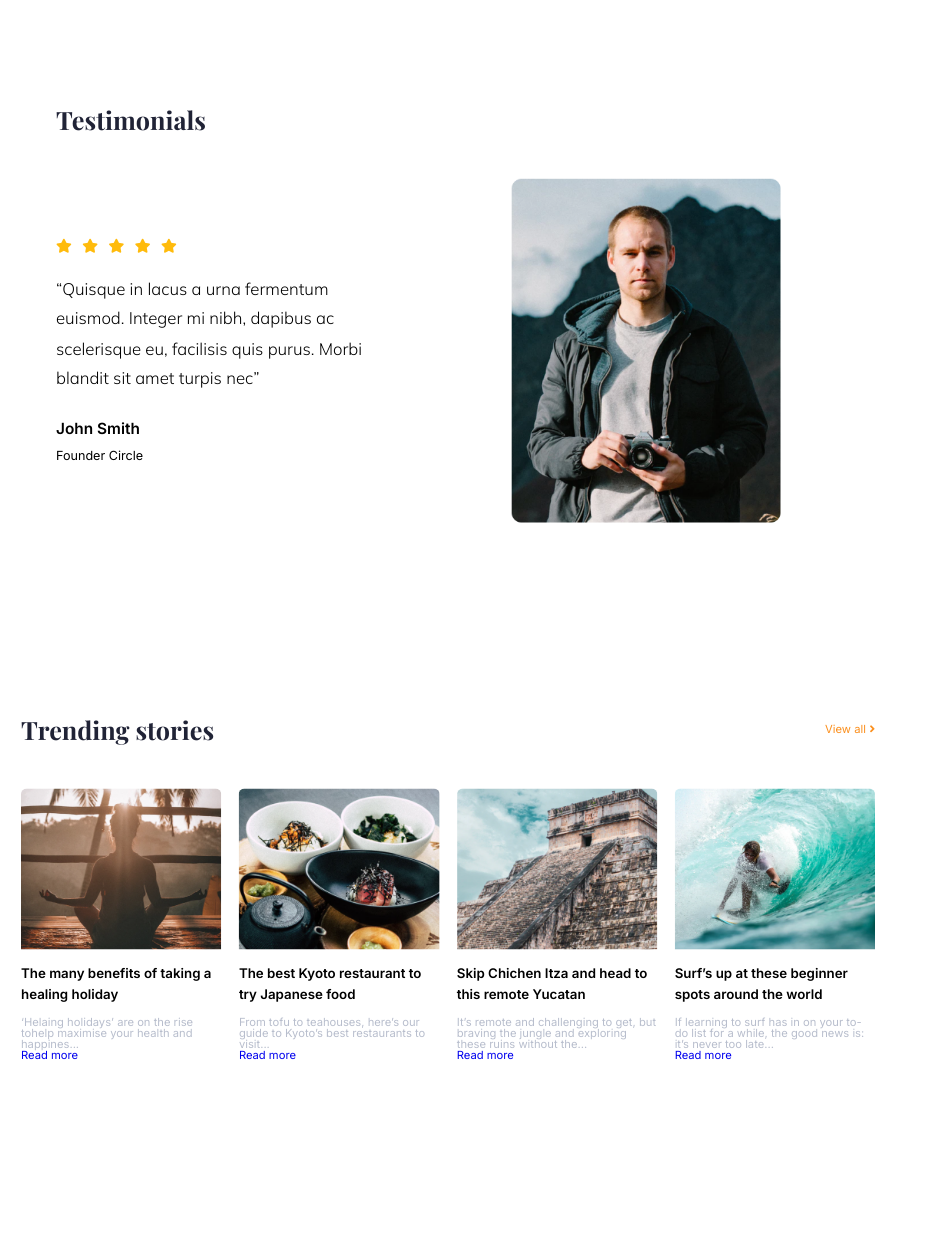
Repository: long5122000/sunny
Page: index.html
These files come from the project's save history. The page is drawn as it stood at one moment and after the next save; the edit follows.
The browser window is 1280 px wide. The page is 1335 px wide, so the pictures cover 1335 px, including what lies to the right of the window. The pictures show the part of the page from y = 3238 to 5078 px (the page is 5024 px tall before and 5078 px after), at 70% of full size.
The style sheet was rebuilt from its Sass, Less or Tailwind sources for each picture, by a compiler version that may differ from the author's.

Above is the page before, as saved 2021-11-25 13:58:41.

### index.html
<!DOCTYPE html>
<html lang="en">
  <head>
    <meta charset="UTF-8" />
    <meta http-equiv="X-UA-Compatible" content="IE=edge" />
    <meta name="viewport" content="width=device-width, initial-scale=1.0" />
    <title>Thousand Sunny</title>
    <link rel="preconnect" href="https://fonts.googleapis.com" />
    <link rel="preconnect" href="https://fonts.gstatic.com" crossorigin />
    <link
      href="https://fonts.googleapis.com/css2?family=Inter:wght@400;500;600&family=Mulish:wght@300&family=Playfair+Display:wght@700&display=swap"
      rel="stylesheet"
    />
    <link
      rel="stylesheet"
      href="https://use.fontawesome.com/releases/v5.15.4/css/all.css"
      integrity="sha384-DyZ88mC6Up2uqS4h/KRgHuoeGwBcD4Ng9SiP4dIRy0EXTlnuz47vAwmeGwVChigm"
      crossorigin="anonymous"
    />
    <link rel="stylesheet" href="./css/app.css" />
  </head>
  <body>
    <div class="wrapper">
      <header class="header">
        <div class="container">
          <div class="header-main">
            <img srcset="./images/logo.png 2x" alt="" />
            <ul class="menu">
              <li class="menu-item">
                <a href="#" class="menu-link">Home</a>
              </li>
              <li class="menu-item">
                <a href="#" class="menu-link">Destinations</a>
              </li>
              <li class="menu-item">
                <a href="#" class="menu-link">About</a>
              </li>
              <li class="menu-item">
                <a href="#" class="menu-link">Partner</a>
              </li>
              <li class="menu-item">
                <a href="#" class="btn btn--secondary">Login</a>
              </li>
              <li class="menu-item">
                <a href="#" class="btn btn--primary">Register</a>
              </li>
            </ul>
          </div>
        </div>
      </header>
      <main>
        <section class="hero">
          <div class="container">
            <div class="hero-main">
              <div class="hero-content">
                <h1 class="heading hero-heading">Explore and Travel</h1>
                <div class="hero-caption">Holiday finder</div>
                <div class="hero-form">
                  <div class="dropdown">
                    <div class="dropdown-select">
                      <span class="dropdown-value">Location</span>
                      <i class="fas fa-angle-down"></i>
                    </div>
                    <div class="dropdown-list">
                      <div class="dropdown-item">title</div>
                      <div class="dropdown-item">title</div>
                      <div class="dropdown-item">title</div>
                    </div>
                  </div>
                  <div class="dropdown">
                    <div class="dropdown-select">
                      <span class="dropdown-value">Activity</span>
                      <i class="fas fa-angle-down"></i>
                    </div>
                    <div class="dropdown-list">
                      <div class="dropdown-item">title</div>
                      <div class="dropdown-item">title</div>
                      <div class="dropdown-item">title</div>
                    </div>
                  </div>
                  <div class="dropdown">
                    <div class="dropdown-select">
                      <span class="dropdown-value">Grade</span>
                      <i class="fas fa-angle-down"></i>
                    </div>
                    <div class="dropdown-list">
                      <div class="dropdown-item">title</div>
                      <div class="dropdown-item">title</div>
                      <div class="dropdown-item">title</div>
                    </div>
                  </div>
                  <div class="dropdown">
                    <div class="dropdown-select">
                      <span class="dropdown-value">Date</span>
                      <i class="fas fa-angle-down"></i>
                    </div>
                    <div class="dropdown-list">
                      <div class="dropdown-item">title</div>
                      <div class="dropdown-item">title</div>
                      <div class="dropdown-item">title</div>
                    </div>
                  </div>
                </div>
                <a href="#!" class="btn btn--primary">Explore</a>
              </div>
              <div class="hero-image">
                <img srcset="./images/img1.png 2x" alt="" />
              </div>
            </div>
          </div>
        </section>
        <section class="explore">
          <div class="container">
            <div class="explore-main">
              <div class="explore-image">
                <img srcset="./images/img2.png 2x" alt="" />
              </div>
              <div class="explore-content">
                <h2 class="heading explore-heading heading--small">
                  A new way to explore the world
                </h2>
                <p class="text explore-desc">
                  For decades travellers have reached for Lonely Planet books
                  when looking to plan and execute their perfect trip, but now,
                  they can also let Lonely Planet Experiences lead the way
                </p>
                <div class="btn btn--primary" href="!#">Learn More</div>
              </div>
            </div>
          </div>
        </section>
        <section class="destination">
          <div class="container">
            <div class="destination-header">
              <h2 class="heading heading--small">Featured destinations</h2>
              <a href="#!" class="viewall">
                <span>View all</span>
                <i class="fas fa-angle-right"></i>
              </a>
            </div>
            <div class="destination-list">
              <div class="destination-item">
                <div class="destination-image">
                  <img srcset="./images/destination1.png 2x" alt="" />
                </div>
                <div class="destination-content">
                  <h3 class="destination-name">Raja Ampat</h3>
                  <span class="destination-country">Indonesia</span>
                </div>
              </div>
              <div class="destination-item">
                <div class="destination-image">
                  <img srcset="./images/destination2.png 2x" alt="" />
                </div>
                <div class="destination-content">
                  <h3 class="destination-name">Fanjingshan</h3>
                  <span class="destination-country">China</span>
                </div>
              </div>
              <div class="destination-item">
                <div class="destination-image">
                  <img srcset="./images/destination3.png 2x" alt="" />
                </div>
                <div class="destination-content">
                  <h3 class="destination-name">Vevey</h3>
                  <span class="destination-country">Switzerland</span>
                </div>
              </div>
              <div class="destination-item">
                <div class="destination-image">
                  <img srcset="./images/destination4.png 2x" alt="" />
                </div>
                <div class="destination-content">
                  <h3 class="destination-name">Skadar</h3>
                  <span class="destination-country">Montenegro</span>
                </div>
              </div>
            </div>
          </div>
        </section>
        <section class="guides">
          <div class="container">
            <div class="guides-main">
              <div class="guides-content">
                <h2 class="heading guides-heading heading--small">
                  Guides by Thousand Sunny
                </h2>
                <div class="text guides-desc">
                  Packed with tips and advice from our on-the-ground experts,
                  our city guides app (iOS and Android) is the ultimate resource
                  before and during a trip.
                </div>
                <a href="#!" class="btn btn--primary">Download</a>
              </div>
              <div class="guides-image">
                <img srcset="./images/img3.png 2x" alt="" />
              </div>
            </div>
          </div>
        </section>
        <section class="testimonial">
          <div class="container">
            <div class="testimonial-main">
              <h2 class="heading heading--small testimonial-heading">
                Testimonials
              </h2>
              <div class="testimonial-container">
                <div class="testimonial-content">
                  <div class="testimonial-rating">
                    <i class="fa fa-star"></i>
                    <i class="fa fa-star"></i>
                    <i class="fa fa-star"></i>
                    <i class="fa fa-star"></i>
                    <i class="fa fa-star"></i>
                  </div>
                  <div class="testimonial-desc text">
                    “Quisque in lacus a urna fermentum euismod. Integer mi nibh,
                    dapibus ac scelerisque eu, facilisis quis purus. Morbi
                    blandit sit amet turpis nec”
                  </div>
                  <div class="testimonial-author">
                    <h3 class="testimonial-name">John Smith</h3>
                    <span class="testimonial-job">Founder Circle</span>
                  </div>
                </div>
                <div class="testimonial-image">
                  <img srcset="./images/testimonial.png 2x" alt="" />
                </div>
              </div>
            </div>
          </div>
        </section>
        <section class="story">
          <div class="container">
            <div class="story-header">
              <h2 class="heading heading--small story-heading">
                Trending stories
              </h2>
              <a href="#!" class="viewall">
                <span>View all</span>
                <i class="fas fa-angle-right"></i>
              </a>
            </div>
            <div class="story-list">
              <div class="story-item">
                <div class="story-image">
                  <img srcset="./images/story1.png 2x" alt="" />
                </div>
                <div class="story-content">
                  <h3 class="story-title">
                    The many benefits of taking a healing holiday
                  </h3>
                  <p class="story-desc">
                    ‘Helaing holidays’ are on the rise tohelp maximise your
                    health and happines...
                  </p>
                  <a href="#!" class="story-more">Read more</a>
                </div>
              </div>
              <div class="story-item">
                <div class="story-image">
                  <img srcset="./images/story2.png 2x" alt="" />
                </div>
                <div class="story-content">
                  <h3 class="story-title">
                    The best Kyoto restaurant to try Japanese food
                  </h3>
                  <p class="story-desc">
                    From tofu to teahouses, here’s our guide to Kyoto’s best
                    restaurants to visit...
                  </p>
                  <a href="#!" class="story-more">Read more</a>
                </div>
              </div>
              <div class="story-item">
                <div class="story-image">
                  <img srcset="./images/story3.png 2x" alt="" />
                </div>
                <div class="story-content">
                  <h3 class="story-title">
                    Skip Chichen Itza and head to this remote Yucatan
                  </h3>
                  <p class="story-desc">
                    It’s remote and challenging to get, but braving the jungle
                    and exploring these ruins without the...
                  </p>
                  <a href="#!" class="story-more">Read more</a>
                </div>
              </div>
              <div class="story-item">
                <div class="story-image">
                  <img srcset="./images/story4.png 2x" alt="" />
                </div>
                <div class="story-content">
                  <h3 class="story-title">
                    Surf’s up at these beginner spots around the world
                  </h3>
                  <p class="story-desc">
                    If learning to surf has in on your to- do list for a while,
                    the good news is: it’s never too late...
                  </p>
                  <a href="#!" class="story-more">Read more</a>
                </div>
              </div>
            </div>
          </div>
        </section>
      </main>
    </div>
    <script src="scripts/app.js"></script>
  </body>
</html>

### sass/app.scss
@import "reset";
@import "variables";
@import "global";
@import "typography";
@import "header";
@import "menu";
@import "hero";
@import "explore";
@import "destination";
@import "guides";
@import "testimonial";
@import "story";
@import "footer";

### sass/_variables.scss
$primary-font: "Inter", sans-serif;
$secondary-font: "Playfair Display", serif;
$third-font: "Mulish", sans-serif;
$gray: #b8becd;
$gray-dark: #afb0b9;
$gray-darker: #7d7987;
$gray-darkest: #202336;
$primary-color: #fb8f1d;
$gray-blur: #80918e;

### sass/_global.scss
.wrapper {
  max-width: 1600px;
  margin: 0 auto;
}
.container {
  max-width: 1260px;
  margin: 0 auto;
  padding: 0 20px;
}
ul {
  list-style: none;
}
.btn {
  display: inline-flex;
  justify-content: center;
  align-items: center;
  cursor: pointer;
  font-size: 15px;
  font-weight: 500;
  font-family: $primary-font;
  line-height: 1;
  height: 52px;
  padding: 0 60px;
  border-radius: 8px;
  background-color: transparent;
  border: 0;
  outline: none;
  &--primary {
    color: white;
    background-color: $primary-color;
  }
  &--secondary {
    color: $primary-color;
    border: 1px solid currentColor;
  }
}
.dropdown {
  &-list {
    display: none;
  }
  &-select {
    display: flex;
    justify-content: space-between;
    align-items: center;
    padding: 20px 30px;
    border-radius: 6px;
    border: 1px solid $gray-dark;
    color: $gray-darkest;
    cursor: pointer;
  }
}
.viewall {
  color: $primary-color;
  display: flex;
  align-items: center;
  gap: 0 5px;
}

### sass/_typography.scss
body {
  font-family: $primary-font;
  font-size: 16px;
  line-height: 1;
  color: $gray;
}
.heading {
  font-family: $secondary-font;
  color: $gray-darkest;
  &--small {
    line-height: 139%;
    font-size: 36px;
  }
}
.text {
  font-weight: 300;
  line-height: 176%;
  font-size: 17px;
  color: $gray-darker;
  font-family: $third-font;
}

### sass/_header.scss
.header {
  padding-top: 45px;
  padding-bottom: 70px;
  &-main {
    display: flex;
    justify-content: space-between;
    align-items: center;
  }
}

### sass/_menu.scss
.menu {
  display: flex;
  align-items: center;
  gap: 0 35px;
  &-link {
    color: inherit;
  }
}

### sass/_hero.scss
.hero {
  margin-bottom: 270px;
  &-main {
    display: flex;
    justify-content: space-between;
    align-items: center;
  }
  &-heading {
    font-size: 64px;
    line-height: 125%;
    margin-bottom: 74px;
  }
  &-caption {
    font-size: 22px;
    font-weight: 600;
    margin-bottom: 48px;
    padding-bottom: 20px;
    display: inline-block;
    position: relative;
    color: $gray-darkest;
    &:before {
      content: "";
      position: absolute;
      bottom: 0;
      left: 0;
      width: 32px;
      height: 2px;
      background-color: $gray-darkest;
    }
  }
  &-content {
    width: 100%;
    max-width: 470px;
  }
  &-image {
    transform: translateX(85px);
  }
  &-form {
    margin-bottom: 50px;
    display: grid;
    grid-template-columns: 1fr 1fr;
    grid-gap: 30px;
  }
}

### sass/_explore.scss
.explore {
  margin-bottom: 292px;
  &-main {
    display: flex;
    justify-content: space-between;
    align-items: center;
    gap: 0 50px;
  }
  &-content {
    max-width: 508px;
    padding-right: 58px;
  }
  &-image {
    transform: translateX(-50px);
  }
  &-heading {
    margin-bottom: 20px;
  }
  &-desc {
    margin-bottom: 33px;
  }
}

### sass/_destination.scss
.destination {
  margin-bottom: 232px;

  &-header {
    display: flex;
    justify-content: space-between;
    align-items: center;
    margin-bottom: 56px;
    padding-left: 50px;
    padding-right: 50px;
  }
  &-list {
    padding-left: 50px;
    padding-right: 50px;
    display: grid;
    grid-template-columns: repeat(4, 1fr);
    grid-gap: 25px;
  }

  &-item {
    height: 337px;
    position: relative;
  }
  &-image {
    width: 100%;
    height: 100%;
  }
  &-image img {
    border-radius: 8px;
    height: 100%;
    width: 100%;
    object-fit: cover;
  }
  &-content {
    position: absolute;
    bottom: 0;
    left: 0;
    z-index: 2;
    background: #ffffff;
    border-radius: 0px 6px 0px 0px;
    padding: 11px 32px 11px 0;
  }
  &-name {
    font-size: 17px;
    font-weight: 600;
    color: $gray-darkest;
    margin-bottom: 10px;
  }
  &-country {
    font-weight: 500;
    font-size: 15px;
    color: $gray-blur;
  }
}

### sass/_guides.scss
.guides {
  margin-bottom: 250px;
  &-main {
    display: flex;
    justify-content: space-between;
    align-items: center;
    gap: 0 80px;
  }
  &-content {
    max-width: 450px;
    width: 100%;
    transform: translateX(50px);
  }
  &-image {
    padding-right: 40px;
  }
  &-heading {
    margin-bottom: 20px;
  }
  &-desc {
    margin-bottom: 33px;
  }
}

### sass/_testimonial.scss
.testimonial {
  margin-bottom: 270px;
  &-heading {
    margin-bottom: 60px;
  }
  &-main {
    max-width: 1085px;
    padding-left: 50px;
    position: relative;
  }
  &-container {
    display: flex;
    justify-content: space-between;
    align-items: center;
  }
  &-content {
    max-width: 450px;
  }
  &-rating {
    font-size: 20px;
    display: flex;
    align-items: center;
    gap: 15px;
    margin-bottom: 30px;
    color: #ffbb0c;
  }
  &-desc {
    color: #000;
    margin-bottom: 40px;
    font-size: 24px;
    font-weight: 400;
  }
  &-name {
    font-size: 22px;
    font-weight: bold;
    color: #000;
    margin-bottom: 20px;
  }
  &-job {
    font-size: 18px;
    color: #000;
  }
}

### sass/_story.scss
.story {
  margin-bottom: 270px;
  &-header {
    display: flex;
    justify-content: space-between;
    align-items: center;
    margin-bottom: 60px;
  }
  &-list {
    display: grid;
    grid-template-columns: repeat(4, 1fr);
    grid-gap: 25px;
  }
  &-image {
    height: 230px;
    margin-bottom: 20px;
    img {
      width: 100%;
      height: 100%;
      object-fit: cover;
      border-radius: 8px 8px 0 0;
      object-position: top;
    }
  }
  &-title {
    font-size: 19px;
    color: #000;
    margin-bottom: 15px;
    line-height: 158%;
  }
}

Loaded but not shown: sass/_reset.scss (common file); scripts/app.js (no stored copy; drawn as an empty file); sass/_footer.scss (no stored copy; drawn as an empty file)

After the next save:
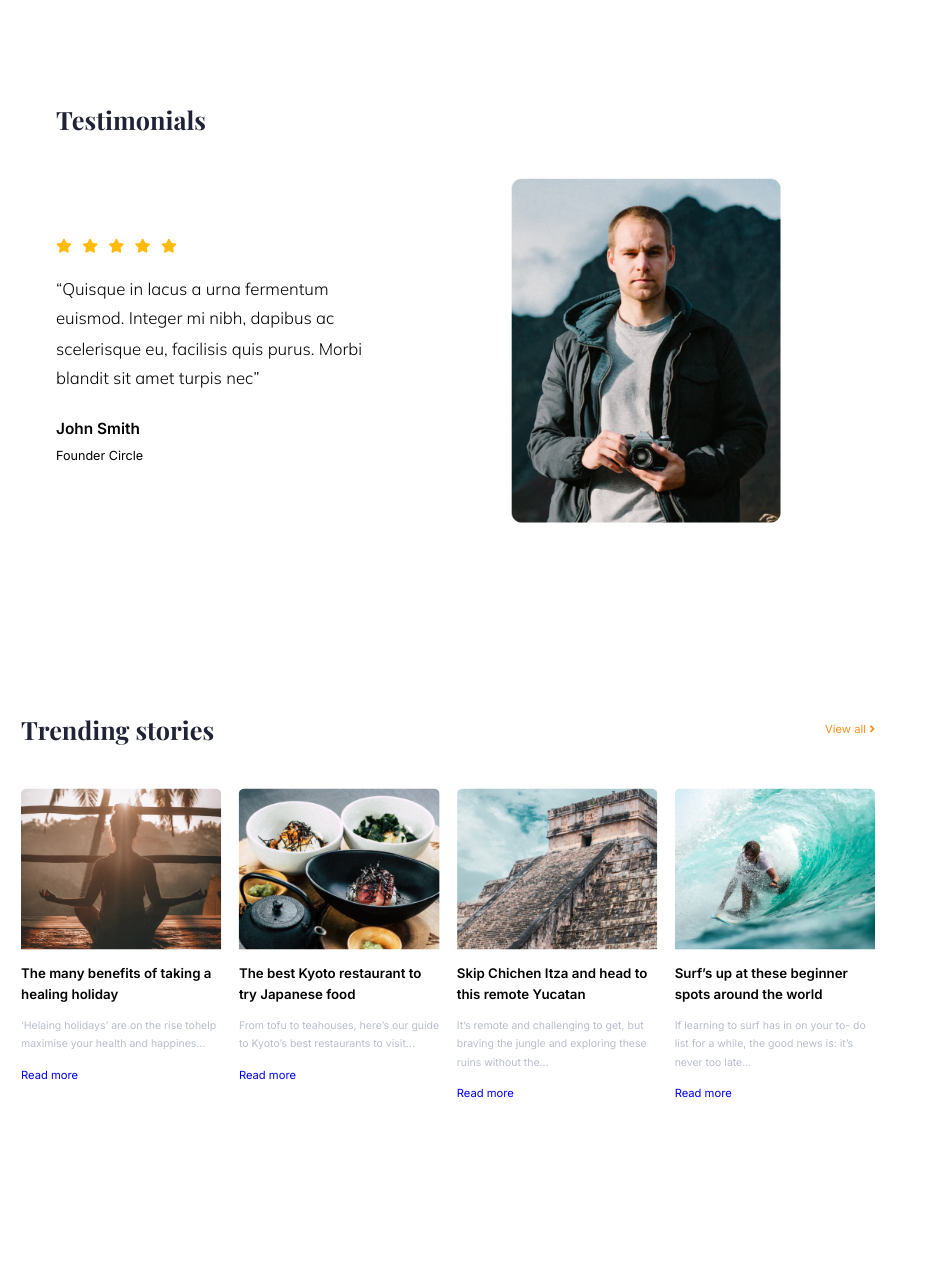
Saved 44 s later.
--- a/sass/_story.scss
+++ b/sass/_story.scss
@@ -28,4 +28,9 @@
     margin-bottom: 15px;
     line-height: 158%;
   }
+  &-desc {
+    margin-bottom: 23px;
+    line-height: 175%;
+    font-size: 15px;
+  }
 }
